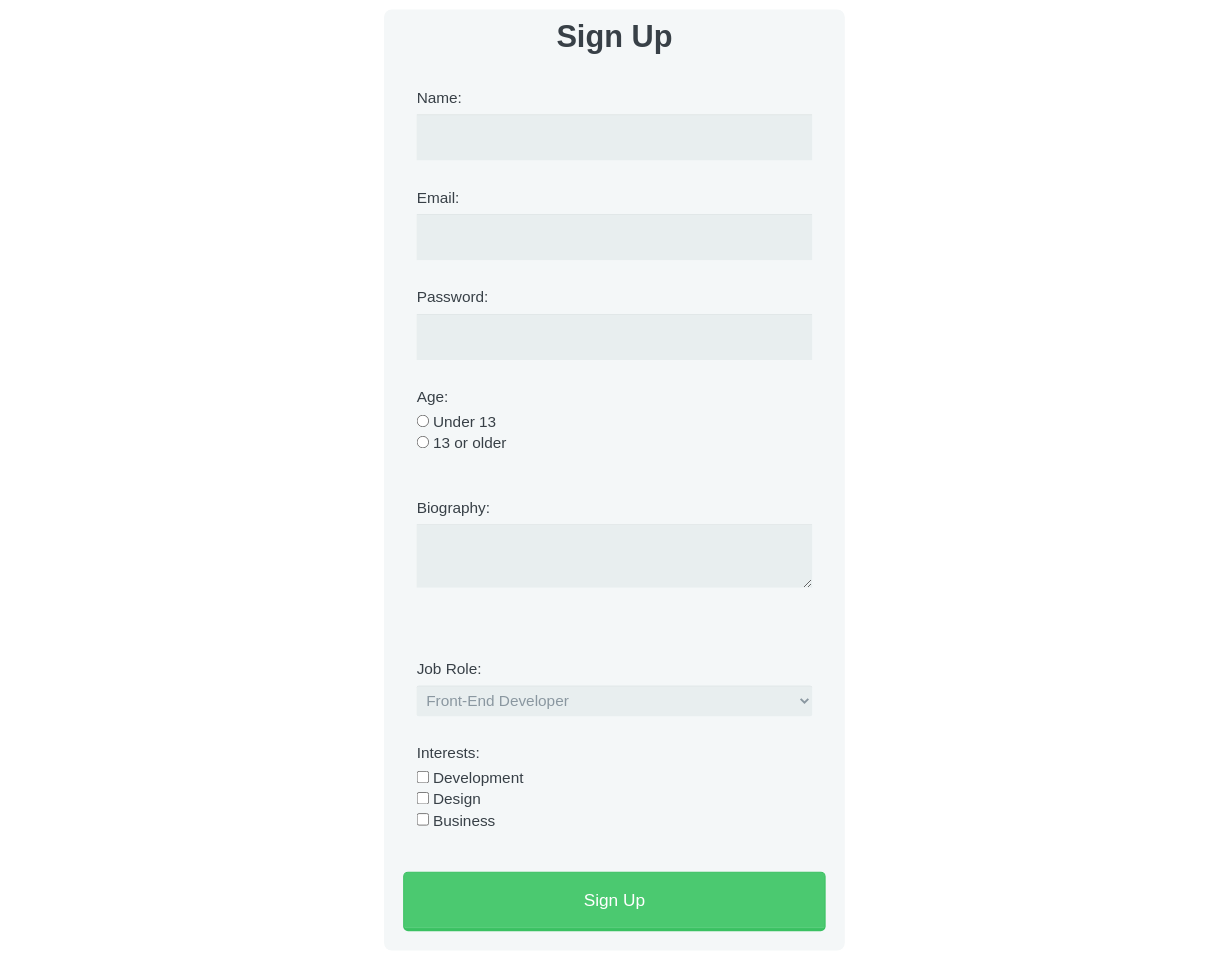
Repository: sunil965/JDBC-Servlet-JSP
Page: http://localhost/JspRegistrationTask/employeeDetailCall
The author's editor kept a copy of each file at every save. The page is drawn from the files as they stood at one save, then again after the next save.
The browser window is 1280 px wide. The pictures show the whole page, at 96% of full size.
The page is served by Tomcat 9. Other server files are loaded and not shown.

Above is the page before, as saved 2017-05-04 10:32:40.

### JspRegistrationTask/WebContent/employee.jsp
<%@ page language="java" contentType="text/html; charset=UTF-8"
    pageEncoding="UTF-8"%>
<!DOCTYPE html PUBLIC "-//W3C//DTD HTML 4.01 Transitional//EN" "http://www.w3.org/TR/html4/loose.dtd">
<!-- <html>
<head>
<meta http-equiv="Content-Type" content="text/html; charset=UTF-8">
<title>employee registeration</title>

<script type="text/javascript">
function employeeValidate(){
	var name = document.getElementByName("uname").value;
	var addr = document.getElementByName("addr").value;
	var cmp = document.getElementByName("cmp").value;
	var age = document.getElementByName("age").value;
	var gender = document.getElementByName("gender").value;
	var domain = document.getElementByName("domain").value;
	var lang = document.getElementByName("lang").value;
	var x=document.getElementById("mail").value;
	var atposition=x.indexOf("@");
	var dotposition=x.lastIndexOf(".");

	if (atposition<1 || dotposition<atposition+2 || dotposition+2>=x.length){
		  alert("Please enter a valid e-mail address");
		  return false;
		  }
	if(name.length==null||name==" "||name.length<=3)
	{
	alert("Enter name");
	return false;
	}
	if(addr.length==null || addr.length==" "){
		alert("Address can't be empty !!");
		return false;
	}
	if(cmp.length==null || cmp.length==" "){
		alert("Company can't be empty !!");
		return false;
	}
	if(age.length==null || age.length==" "){
		alert("Age can't be empty !!");
		return false;
	}
	if(gender.length==null || gender.length==" "){
		alert("Gender can't be empty !!");
		return false;
	}
	if(domain.length==None || domain.length==" "){
		alert("Choose Any Technology !!");
		return false;
	}
	if(lang.length==None || lang.length==" "){
		alert("Company can't be empty !!");
		return false;
	}
	return true;
}

</script>

</head>
<body>
<div align="right"><a href="employeeDetails">Employee Details</a></div>
<div align="center">
 <h1>EMPLOYEE REGISTRATION</h1>
	<form action="employeeRegister" method="post" onsubmit="return employeeValidate()">
		UID : <input type="text" name="uid"><br><br>
		Name :<input type="text" name="uname" id="name"><br><br>
		Email_ID :<input type="email" name="mail" id="mail"><br><br>
		Address : <textarea rows="2" cols="20" name="address" id="addr"></textarea><br><br>
		Company: <input type="text" name="company" id="cmp"><br><br>
		Age : <input type="text" name="age" id="age"><br><br>
		Gender : <input type="radio" name="gender" value="male" checked id="gender"> Male
  				 <input type="radio" name="gender" value="female" id="gender"> Female<br><br><br>
		Specialized : <select name="specialized" id="domain">
						  <option value="">None</option>
						  <option value="C">C</option>
						  <option value="C++">C++</option>
						  <option value="C#">C#</option>
						  <option value="JAVA">JAVA</option>
						  <option value=".NET">.NET</option>
						  <option value="SQL">SQL</option>
						  <option value="ANDROID">ANDROID</option>
						  <option value="IOS">IOS</option>
						  <option value="PYTHON">PYTHON</option>
						  <option value="RUBY">RUBY</option>
						</select><br><br>
		Language : <select name="language" id="lang">
						  <option value="">None</option>
						  <option value="Hindi">Hindi</option>
						  <option value="English">English</option>
						  <option value="Punjabi">Punjabi</option>
						  <option value="Marathi">Marathi</option>
						  <option value="Tamil">Tamil</option>
						  <option value="Telgu">Telgu</option>
						  <option value="Bangali">Bangali</option>
						  <option value="Odia">Odia</option>
						</select><br><br>
						<input type="submit">
	</form>
  </div>
</body>
</html> -->
<html>
<head>
<title>employee_regis</title>
<style type="text/css">
*, *:before, *:after {
  -moz-box-sizing: border-box;
  -webkit-box-sizing: border-box;
  box-sizing: border-box;
}

body {
  font-family: 'Nunito', sans-serif;
  color: #384047;
}

form {
  max-width: 300px;
  margin: 10px auto;
  padding: 10px 20px;
  background: #f4f7f8;
  border-radius: 8px;
}

h1 {
  margin: 0 0 30px 0;
  text-align: center;
}

input[type="text"],
input[type="password"],
input[type="date"],
input[type="datetime"],
input[type="email"],
input[type="number"],
input[type="search"],
input[type="tel"],
input[type="time"],
input[type="url"],
textarea,
select {
  background: rgba(255,255,255,0.1);
  border: none;
  font-size: 16px;
  height: auto;
  margin: 0;
  outline: 0;
  padding: 15px;
  width: 100%;
  background-color: #e8eeef;
  color: #8a97a0;
  box-shadow: 0 1px 0 rgba(0,0,0,0.03) inset;
  margin-bottom: 30px;
}

input[type="radio"],
input[type="checkbox"] {
  margin: 0 4px 8px 0;
}

select {
  padding: 6px;
  height: 32px;
  border-radius: 2px;
}

button {
  padding: 19px 39px 18px 39px;
  color: #FFF;
  background-color: #4bc970;
  font-size: 18px;
  text-align: center;
  font-style: normal;
  border-radius: 5px;
  width: 100%;
  border: 1px solid #3ac162;
  border-width: 1px 1px 3px;
  box-shadow: 0 -1px 0 rgba(255,255,255,0.1) inset;
  margin-bottom: 10px;
}

fieldset {
  margin-bottom: 30px;
  border: none;
}

legend {
  font-size: 1.4em;
  margin-bottom: 10px;
}

label {
  display: block;
  margin-bottom: 8px;
}

label.light {
  font-weight: 300;
  display: inline;
}

@media screen and (min-width: 480px) {

  form {
    max-width: 480px;
  }

}
</style>
<script type="text/javascript"></script>
</head>
<body>
<form action="index.html" method="post">

        <h1>Sign Up</h1>

        <fieldset>
          <label for="name">Name:</label>
          <input type="text" id="name" name="user_name">

          <label for="mail">Email:</label>
          <input type="email" id="mail" name="user_email">

          <label for="password">Password:</label>
          <input type="password" id="password" name="user_password">

          <label>Age:</label>
          <input type="radio" id="under_13" value="under_13" name="user_age"><label for="under_13" class="light">Under 13</label><br>
          <input type="radio" id="over_13" value="over_13" name="user_age"><label for="over_13" class="light">13 or older</label>
        </fieldset>

        <fieldset>
          <label for="bio">Biography:</label>
          <textarea id="bio" name="user_bio"></textarea>
        </fieldset>
        <fieldset>
        <label for="job">Job Role:</label>
        <select id="job" name="user_job">
          <optgroup label="Web">
            <option value="frontend_developer">Front-End Developer</option>
            <option value="php_developor">PHP Developer</option>
            <option value="python_developer">Python Developer</option>
            <option value="rails_developer"> Rails Developer</option>
            <option value="web_designer">Web Designer</option>
            <option value="WordPress_developer">WordPress Developer</option>
          </optgroup>
          <optgroup label="Mobile">
            <option value="Android_developer">Androild Developer</option>
            <option value="iOS_developer">iOS Developer</option>
            <option value="mobile_designer">Mobile Designer</option>
          </optgroup>
          <optgroup label="Business">
            <option value="business_owner">Business Owner</option>
            <option value="freelancer">Freelancer</option>
          </optgroup>
          <optgroup label="Other">
            <option value="secretary">Secretary</option>
            <option value="maintenance">Maintenance</option>
          </optgroup>
        </select>

          <label>Interests:</label>
          <input type="checkbox" id="development" value="interest_development" name="user_interest"><label class="light" for="development">Development</label><br>
            <input type="checkbox" id="design" value="interest_design" name="user_interest"><label class="light" for="design">Design</label><br>
          <input type="checkbox" id="business" value="interest_business" name="user_interest"><label class="light" for="business">Business</label>

        </fieldset>
        <button type="submit">Sign Up</button>
      </form>
</body>
</html>

### JspRegistrationTask/src/com/bridgeit/JSPCalls/EmployeeRegCall.java
package com.bridgeit.JSPCalls;

import java.io.IOException;
import javax.servlet.ServletException;
import javax.servlet.annotation.WebServlet;
import javax.servlet.http.HttpServlet;
import javax.servlet.http.HttpServletRequest;
import javax.servlet.http.HttpServletResponse;

@WebServlet("/employeeDetailCall")
public class EmployeeRegCall extends HttpServlet {
	private static final long serialVersionUID = 1L;

	protected void doGet(HttpServletRequest request, HttpServletResponse response) throws ServletException, IOException {
		// TODO Auto-generated method stub
		response.getWriter().append("Served at: ").append(request.getContextPath());
		request.getRequestDispatcher("employee.jsp").forward(request, response);
	}

}

After the next save:
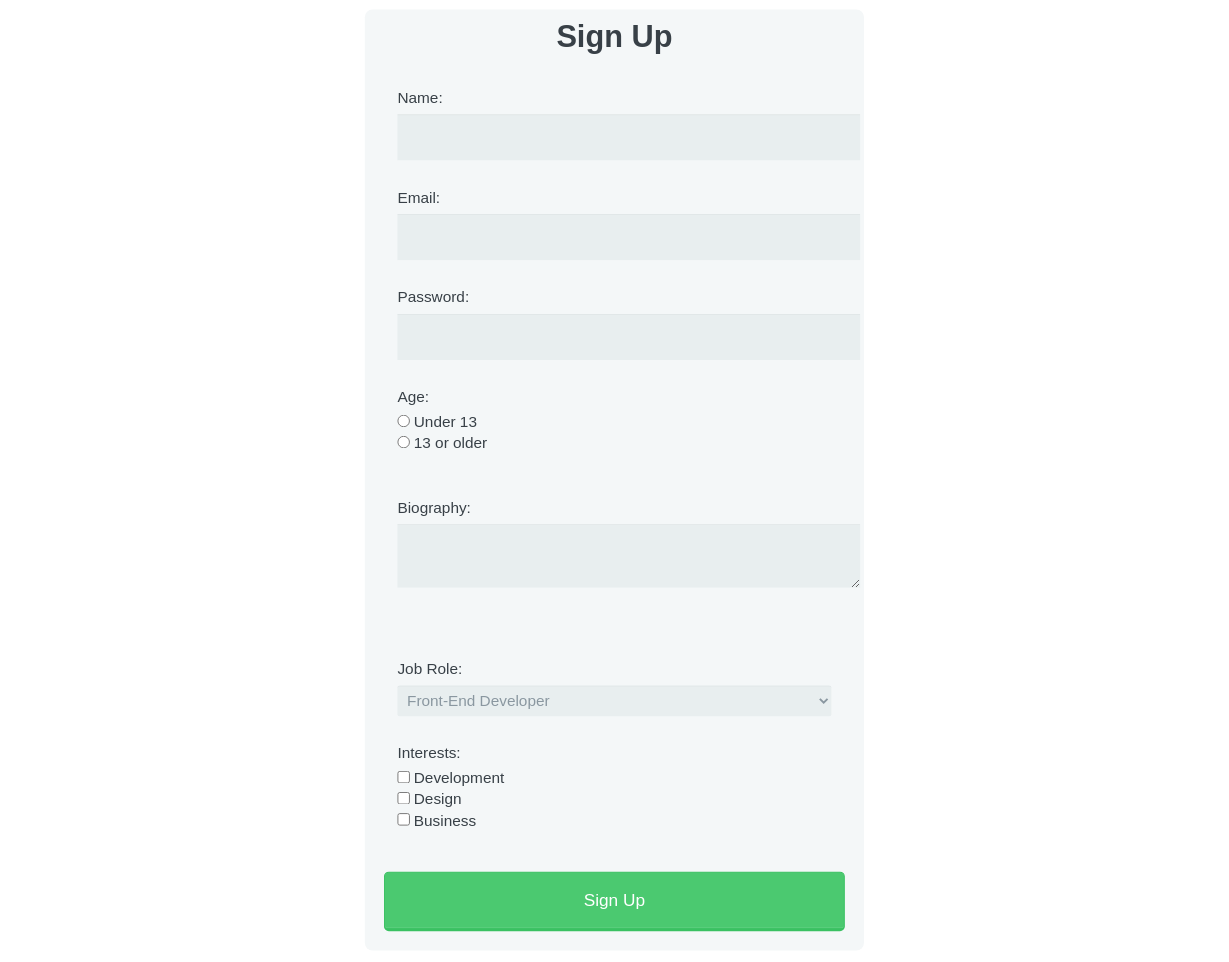
Saved 6 min 14 s later.
--- a/JspRegistrationTask/WebContent/employee.jsp
+++ b/JspRegistrationTask/WebContent/employee.jsp
@@ -104,11 +104,6 @@
 <head>
 <title>employee_regis</title>
 <style type="text/css">
-*, *:before, *:after {
-  -moz-box-sizing: border-box;
-  -webkit-box-sizing: border-box;
-  box-sizing: border-box;
-}
 
 body {
   font-family: 'Nunito', sans-serif;

After the save that followed:
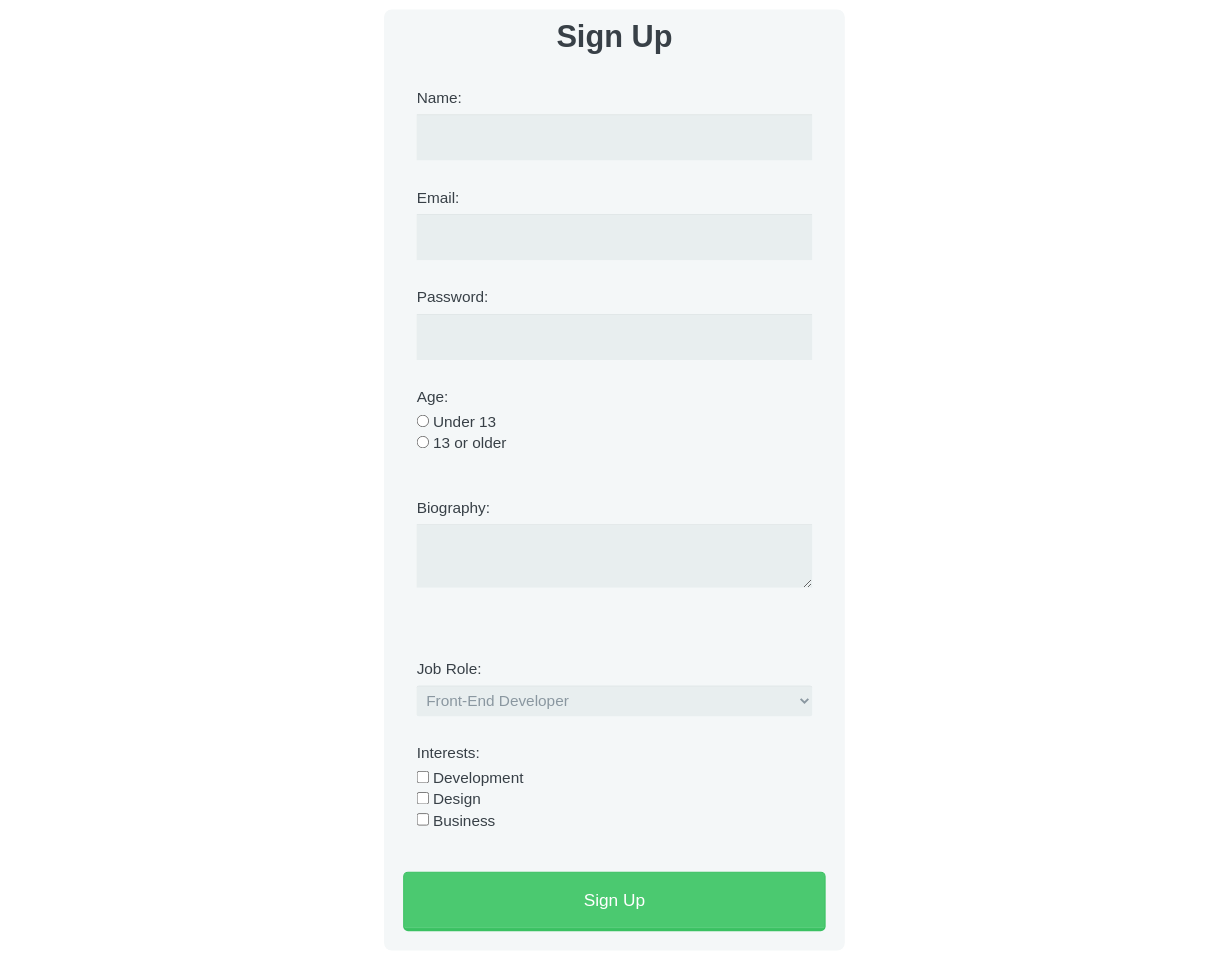
Saved 11 s later.
--- a/JspRegistrationTask/WebContent/employee.jsp
+++ b/JspRegistrationTask/WebContent/employee.jsp
@@ -104,6 +104,11 @@
 <head>
 <title>employee_regis</title>
 <style type="text/css">
+*, *:before, *:after {
+  -moz-box-sizing: border-box;
+  -webkit-box-sizing: border-box;
+  box-sizing: border-box;
+}
 
 body {
   font-family: 'Nunito', sans-serif;
